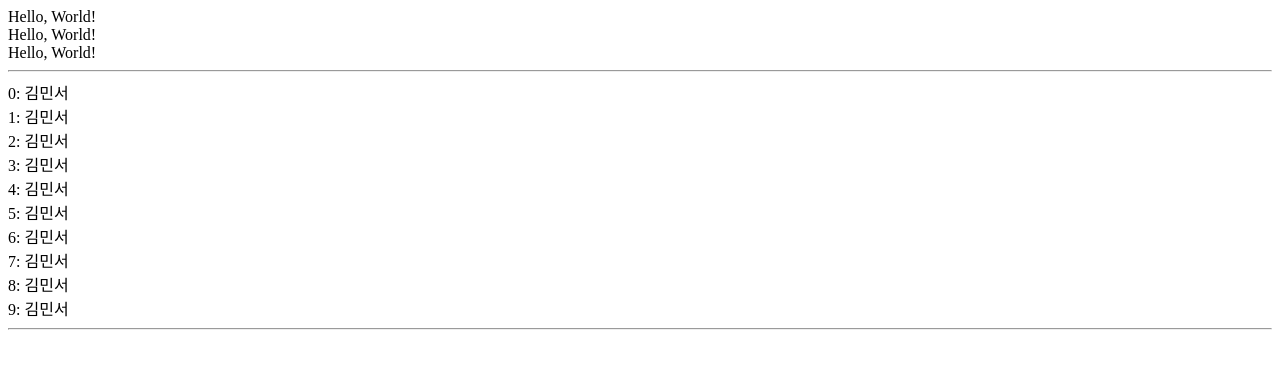
Repository: KimMinseooo/itwillStudy
Page: BACKEND/JSP/workspace_jsp/StudyJavascript/src/main/webapp/js04_1031/test10.html
The author's editor kept a copy of each file at every save. The page is drawn from the files as they stood at one save, then again after the next save.
The browser window is 1280 px wide. The pictures show the whole page.

Above is the page before, as saved 2024-10-31 00:44:52.

### BACKEND/JSP/workspace_jsp/StudyJavascript/src/main/webapp/js04_1031/test10.html
<!DOCTYPE html>
<html>
<head>
<meta charset="UTF-8">
<title>Insert title here</title>
<script type="text/javascript">

/*
	[ 반복문 - loop ]
	- for문과 while 문(do-while)으로 나뉨
	- for문은 주로 반복횟수가 정해져 있는 경우에 사용하고
	  while문은 주로 반복 횟수가 정해져 있지 않은 경우에 사용함

	[for문]
	for (초기식(1); 조건식(2);증감식(4)) {
		// (3) 조건식 판별 결과가 true일 경우 반복 수행할 문장들....
	}

	1) 초기식: 반복 횟수를 결정하는데 사용할 변수 값을 초기화하는 코드 (변수 선언도 가능)
	2) 조건식: 반복 횟수를 결정하는데 사용되는 목표값을 지정하는 식
			=> 판별 결과가 true이면 블럭 내의 코드를 실행, false이면 for문 종료
	3) 실행문: 조건식 판별 결과가 true 일 떄 실행할 문장들을 기술
	4) 증감식: 반복 횟수를 결정하는데 사용되는 변수의 증감을 위한 식
		-> for문은 최초 1번을 한번 실행 한 후 2번 조건식을 판별하여 true일 동안
			3 -> 4 -> 2  과정을 반복 실행

	for (let i = 0; i< 10; i++) {
		console.log(i);
	}

*
*/

	for (let i =0; i<3; i++) {
		document.write("Hello, World!<br>");
	}

	// 주의! for문 등의 중괄호 외부에서 중괄호 내부의 변수값에 접근하려면
	// let 대신 var를 통해 변수 선언이 필요하다!
// 	document.write("for문 종료 후 i값 =" +i);
	document.write("<hr>");

	// 자신의 이름을 10번 반복 출력하기
	// => 출력형식) "xx: 차동원" (xx 자리에 i값 출력)

	for (let i=0;i<10;i++) {
		console.log((i+1)+": " +"김민서");
		document.write(`${i}: 김민서<br>`);
	}
	document.write("<hr>");

</script>
</head>
<body>

</body>
</html>

After the next save:
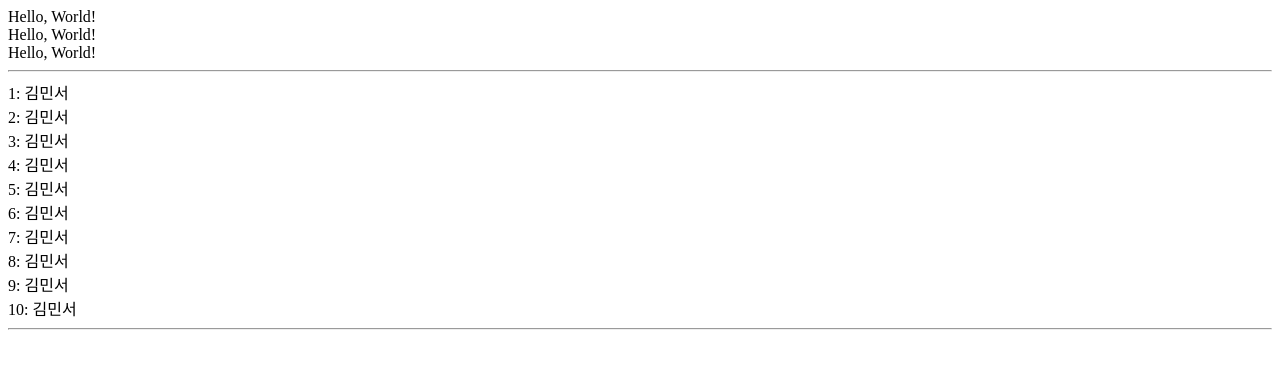
Saved 25 s later.
--- a/BACKEND/JSP/workspace_jsp/StudyJavascript/src/main/webapp/js04_1031/test10.html
+++ b/BACKEND/JSP/workspace_jsp/StudyJavascript/src/main/webapp/js04_1031/test10.html
@@ -44,8 +44,8 @@
 	// => 출력형식) "xx: 차동원" (xx 자리에 i값 출력)
 
 	for (let i=0;i<10;i++) {
-		console.log((i+1)+": " +"김민서");
-		document.write(`${i}: 김민서<br>`);
+		console.log(i+": " +"김민서");
+		document.write(`${i+1}: 김민서<br>`);
 	}
 	document.write("<hr>");
 
